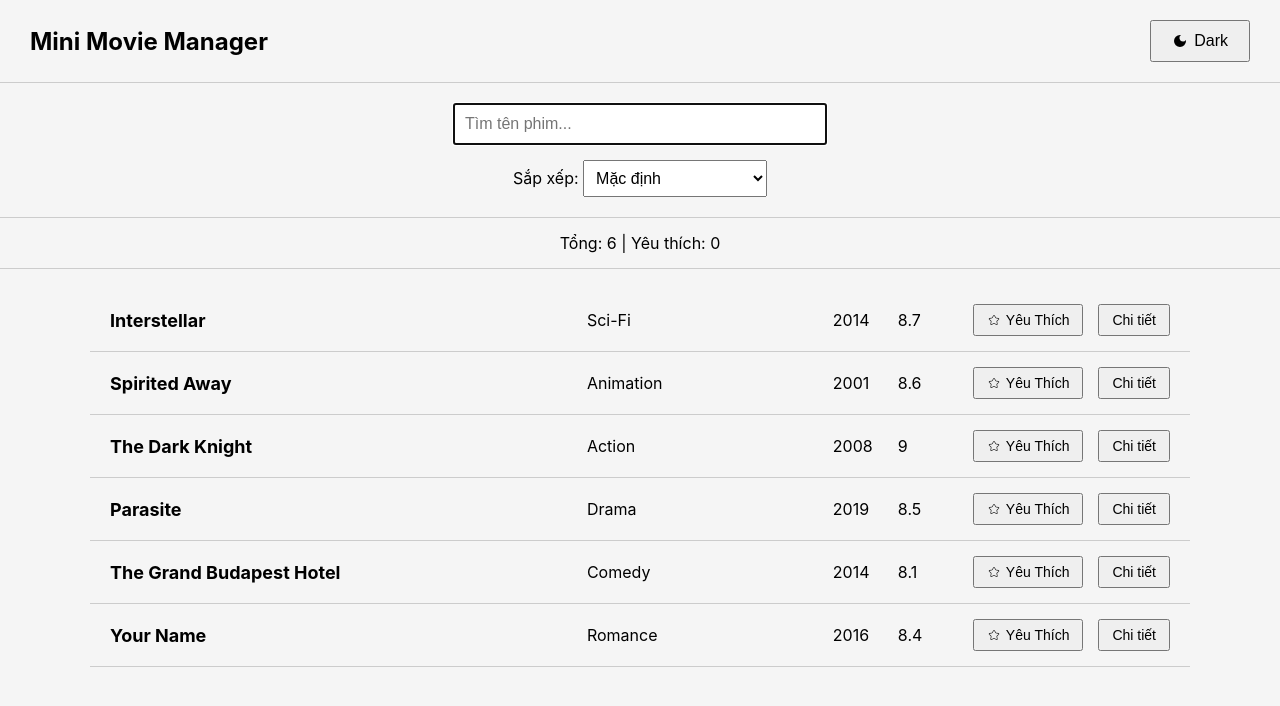
Repository: duyndhe195099/fer202_lab2
Page: /
The author's editor kept a copy of each file at every save. The page is drawn from the files as they stood at one save, then again after the next save.
The browser window is 1280 px wide. The pictures show the whole page.
The project was rebuilt for these pictures with package versions that can differ from the ones it lists, and the page was loaded fresh each time. Also part of the build but not shown: src/components/MovieDetail.js.

Above is the page before, as saved 2026-10-02 11:20:34.

After the next save:
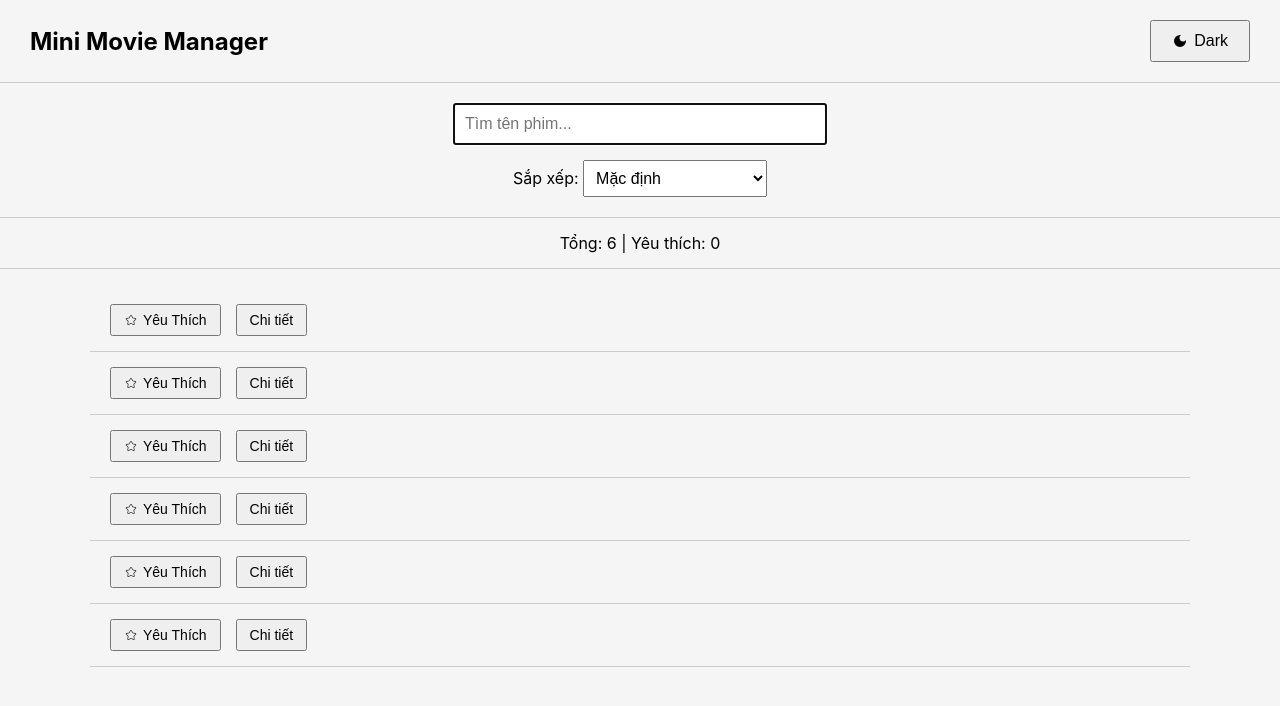
Saved 103 s later.
--- a/src/components/MovieItem.js
+++ b/src/components/MovieItem.js
@@ -22,15 +22,6 @@
         borderBottom: "1px solid #ccc",
       }}
     >
-      <span style={{ flex: 2, fontSize: "18px", fontWeight: "bold" }}>
-        {movie.title}
-      </span>
-
-      <span style={{ flex: 1 }}>{movie.genre}</span>
-
-      <span style={{ width: "50px" }}>{movie.year}</span>
-
-      <span style={{ width: "60px" }}> {movie.rating}</span>
 
       <button onClick={() => toggleFavorite(movie.id)} style={buttonStyle}>
         {isFavorite ? (

After the save that followed:
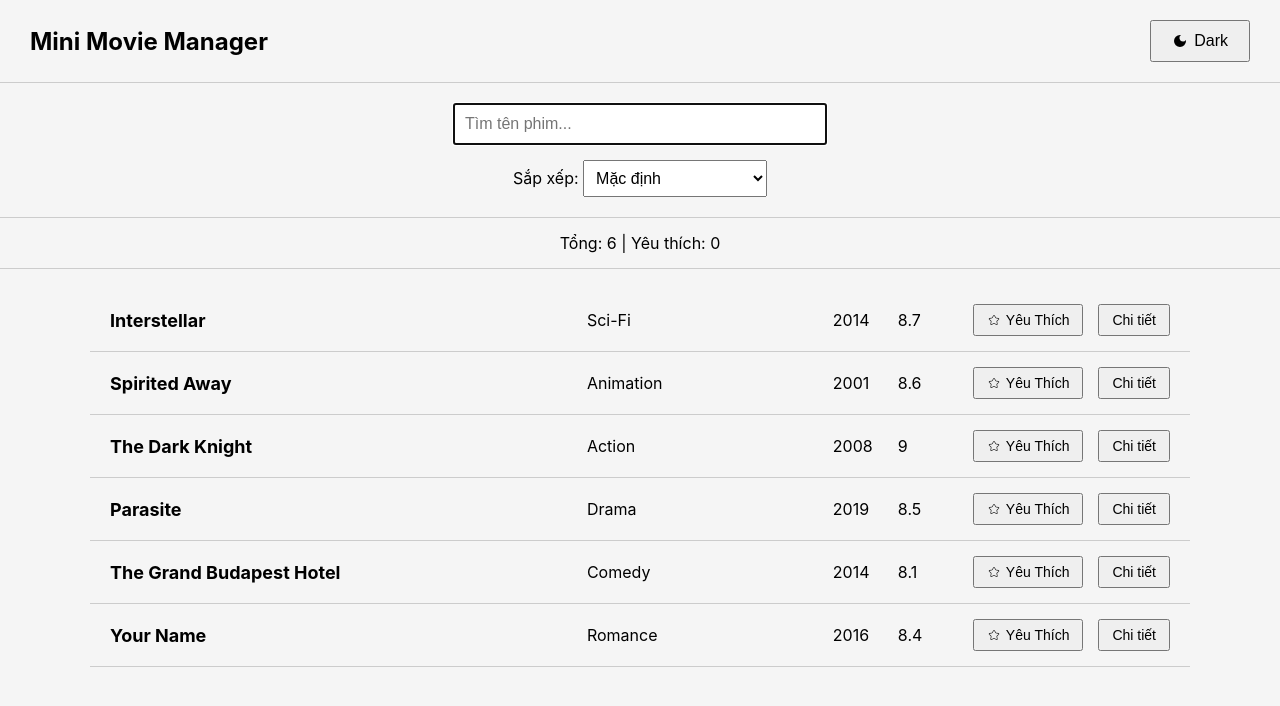
Saved 9 s later.
--- a/src/components/MovieItem.js
+++ b/src/components/MovieItem.js
@@ -22,6 +22,15 @@
         borderBottom: "1px solid #ccc",
       }}
     >
+      <span style={{ flex: 2, fontSize: "18px", fontWeight: "bold" }}>
+        {movie.title}
+      </span>
+
+      <span style={{ flex: 1 }}>{movie.genre}</span>
+
+      <span style={{ width: "50px" }}>{movie.year}</span>
+
+      <span style={{ width: "60px" }}> {movie.rating}</span>
 
       <button onClick={() => toggleFavorite(movie.id)} style={buttonStyle}>
         {isFavorite ? (
